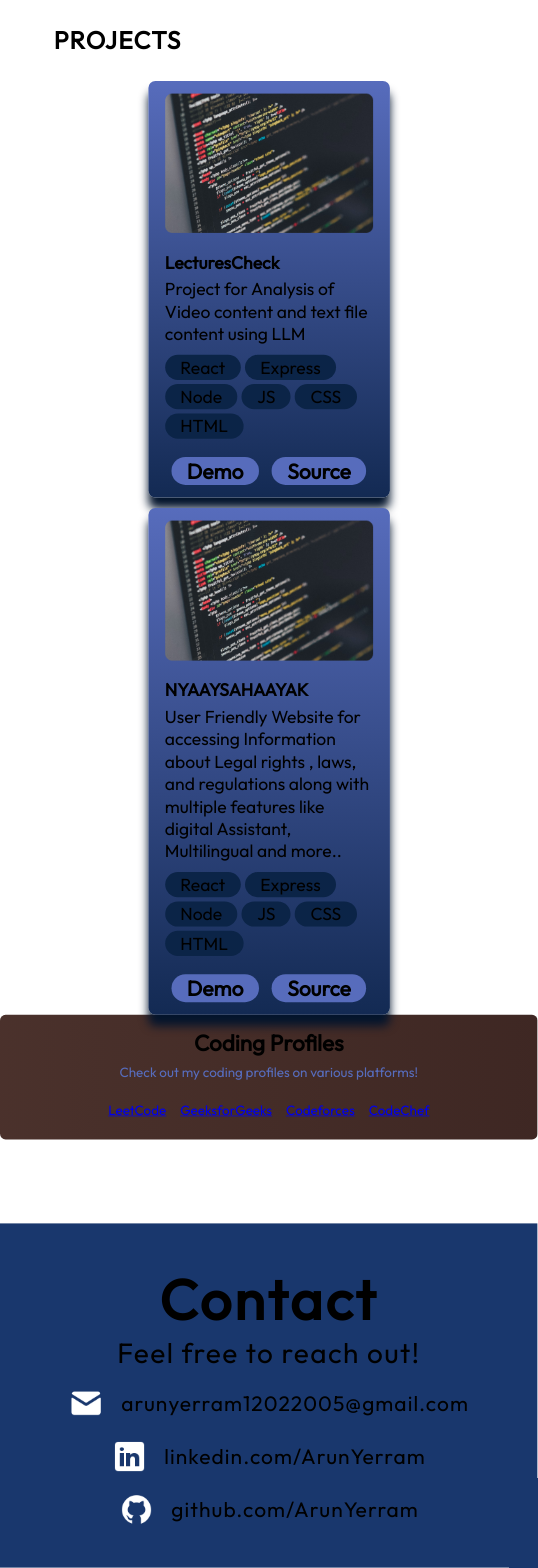
Repository: ARUN-YERRAM/Arun-Yerram-s-Portfolio-Website
Page: /
These files come from the project's save history. The page is drawn as it stood at one moment and after the next save; the edit follows.
The browser window is 768 px wide. The pictures show the part of the page from y = 2244 to 4484 px (the page is 4484 px tall before and 4448 px after), at 70% of full size.
The project was rebuilt for these pictures with package versions that can differ from the ones it lists, and the page was loaded fresh each time. Also part of the build but not shown: vite.config.js.

Above is the page before, as saved 2024-07-07 00:17:26.

### index.html
<!DOCTYPE html>
<html lang="en">
  <head>
    <meta charset="UTF-8" />
    <link rel="icon" type="image/png" href="/Passport1.jpg" />
    <meta name="viewport" content="width=device-width, initial-scale=1.0" />
    <title>Arun Yerram's Portfolio</title>
  </head>
  <body>
    <div id="root"></div>
    <script type="module" src="./docs/src/main.jsx"></script>
  </body>
</html>

### docs/src/main.jsx
// import React from "react";
// import ReactDOM from "react-dom/client";
// import App from "./App.jsx";
// import "./index.css";

// import "@fontsource/outfit";
// import "@fontsource/roboto";

// ReactDOM.createRoot(document.getElementById("root")).render(
//   <React.StrictMode>
//     <App />
//   </React.StrictMode>
// );


import React from 'react';
import ReactDOM from 'react-dom/client';
import App from './App.jsx';
import './index.css'; // Ensure this file exists in docs/src
import '@fontsource/outfit';
import '@fontsource/roboto';

const root = ReactDOM.createRoot(document.getElementById('root'));
root.render(<App />);

### docs/src/App.jsx
import styles from "./App.module.css";
import { About } from "../components/About/About";
import {CodingProfiles} from "../components/CodingProfiles/CodingProfiles";
import { Contact } from "../components/Contact/Contact";
import { Experience } from "../components/Experience/Experience";
import { Hero } from "../components/Hero/Hero";
import { Navbar } from "../components/Navbar/Navbar";
import { Projects } from "../components/Projects/Projects";

function App() {

  return (
    <div className={styles.App}>
      <Navbar />
      <Hero />
      <About />
      <Experience />
      <Projects />
      <CodingProfiles />
      <Contact />
    </div>
  );
}

export default App;


// import CodingProfile from './components/CodingProfiles/CodingProfile';

// const App = () => {
//   return (
//     <div className="App">

//     </div>
//   );
// };

// export default App;

### docs/src/App.module.css

/* styles.css */
@import '../vars.css';

.App {
  background: var(--color-fancy-bg-dark);
  width: 100%;
  height: 100%;
  overflow: hidden;
}

### docs/components/About/About.jsx
import React from "react";

import styles from "./About.module.css";
import { getImageUrl } from "../../utils";

export const About = () => {
  return (
    <section className={styles.container} id="about">
      <h2 className={styles.title}>About</h2>
      <div className={styles.content}>
        {/* <img
          src={getImageUrl("about/aboutImage.png")}
          alt="Me sitting with a laptop"
          className={styles.aboutImage}
        /> */}
        <ul className={styles.aboutItems}>
          <li className={styles.aboutItem}>
            <img src={getImageUrl("about/cursorIcon.png")} alt="Cursor icon" />
            <div className={styles.aboutItemText}>
              <h3>Frontend Developer</h3>
              <p>
                I'm a frontend developer with experience in building responsive
                and optimized sites
              </p>
            </div>
          </li>

          <li className={styles.aboutItem}>
            <img src={getImageUrl("about/serverIcon.png")} alt="Server icon" />
            <div className={styles.aboutItemText}>
              <h3>Backend Developer</h3>
              <p>
                I have experience developing fast and optimised back-end systems
                and APIs
              </p>
            </div>
          </li>

          <li className={styles.aboutItem}>
            <img src={getImageUrl("about/cursorIcon.png")} alt="UI icon" />
            <div className={styles.aboutItemText}>
              {/* <h3>UI Designer</h3> */}
              <h3>Problem Solver</h3>
              <p>
                {/* I have designed multiple landing pages and have created design */}
                {/* systems as well */}
                I am a Problem Solver and having a keen interest in Data Structures and Algorithms.
              </p>
            </div>
          </li>

        </ul>
      </div>
    </section>
  );
};

### docs/components/CodingProfiles/CodingProfiles.jsx
import React from "react";
import styles from "./CodingProfiles.module.css";
import profiles from "../../data/codingprofiles.json";

export const CodingProfiles = () => {
  return (
    <section className={`${styles.container} ${styles.animatedBackground}`}>
      <div className={styles.content}>
        <h2 className={styles.title}>Coding Profiles</h2>
        <p className={styles.description}>
          Check out my coding profiles on various platforms!
        </p>
      </div>
      <ul className={styles.links}>
        {profiles.map((profile, id) => (
          <li key={id} className={styles.link}>
            <a href={profile.url} target="_blank" rel="noopener noreferrer">
              {profile.name}
            </a>
          </li>
        ))}
      </ul>
    </section>
  );
};

### docs/components/Contact/Contact.jsx
import React from "react";

import styles from "./Contact.module.css";
import { getImageUrl } from "../../utils";

export const Contact = () => {
  return (
    <footer id="contact" className={styles.container}>
      <div className={styles.text}>
        <h2>Contact</h2>
        <p>Feel free to reach out!</p>
      </div>
      <ul className={styles.links}>
        <li className={styles.link}>
          <img src={getImageUrl("contact/emailIcon.png")} alt="Email icon" />
          <a href="">arunyerram12022005@gmail.com</a>
        </li>
        <li className={styles.link}>
          <img
            src={getImageUrl("contact/linkedinIcon.png")}
            alt="LinkedIn icon"
          />
          <a href="https://www.linkedin.com/in/arun-yerram/">linkedin.com/ArunYerram</a>
        </li>
        <li className={styles.link}>
          <img src={getImageUrl("contact/githubIcon.png")} alt="Github icon" />
          <a href="https://github.com/ARUN-YERRAM">github.com/ArunYerram</a>
        </li>
      </ul>
    </footer>
  );
};

### docs/components/Experience/Experience.jsx
import React from "react";

import styles from "./Experience.module.css";
import skills from "../../data/skills.json";
import history from "../../data/history.json";
import { getImageUrl } from "../../utils";

export const Experience = () => {
  return (
    <section className={styles.container} id="experience">
      <h2 className={styles.title}>Skills</h2>
      <div className={styles.content}>
        <div className={styles.skills}>
          {skills.map((skill, id) => {
            return (
              <div key={id} className={styles.skill}>
                <div className={styles.skillImageContainer}>
                  <img src={getImageUrl(skill.imageSrc)} alt={skill.title} />
                </div>
                <p>{skill.title}</p>
              </div>
            );
          })}
        </div>

      </div>
    </section>
  );
};

### docs/components/Hero/Hero.jsx
import React from "react";

import styles from "./Hero.module.css";
import { getImageUrl } from "../../utils";


export const Hero = () => {
  return (
    <section className={styles.container}>
      <div className={styles.content}>
        <h1 className={styles.title}>Hi, I'm Arun Yerram</h1>
        <p className={styles.description}>
          {/* I'm a full-stack developer with 5 years of experience using React and */}
          {/* NodeJS. Reach out if you'd like to learn more! */}
          I am Pursing my Bachelor's 2nd year and having keen interest in Problem Solving ,Web Development, and Data Science.

        </p>
        {/* <a href="mailto:arunyerram12022005@email.com" className={styles.contactBtn}>
          Contact Me
        </a> */}
      </div>
      <img
        src={getImageUrl("hero/Passport1.jpg")}
        alt="Hero image of me"
        className={styles.heroImg}
        width="50px"
        height="400px"
      />
      <div className={styles.topBlur} />
      <div className={styles.bottomBlur} />
    </section>
  );
};

### docs/components/Navbar/Navbar.jsx
import React, { useState } from "react";

import styles from "./Navbar.module.css";
import { getImageUrl } from "../../utils";

export const Navbar = () => {
  const [menuOpen, setMenuOpen] = useState(false);

  return (
    <nav className={styles.navbar}>
      <a className={styles.title} href="/">
        Portfolio
      </a>
      <div className={styles.menu}>
        <img
          className={styles.menuBtn}
          src={
            menuOpen
              ? getImageUrl("nav/closeIcon.png")
              : getImageUrl("nav/menuIcon.png")
          }
          alt="menu-button"
          onClick={() => setMenuOpen(!menuOpen)}
        />
        <ul
          className={`${styles.menuItems} ${menuOpen && styles.menuOpen}`}
          onClick={() => setMenuOpen(false)}
        >
          <li>
            <a href="#about">About</a>
          </li>
          <li>
            <a href="#experience">Experience</a>
          </li>
          <li>
            <a href="#projects">Projects</a>
          </li>
          <li>
            <a href="#about">Contact</a>
          </li>
        </ul>
      </div>
    </nav>
  );
};

### docs/vars.css
/* vars.css */
:root {
  /* Light Theme */
  --color-text: #000;
  --color-primary: #576cbc;
  --color-secondary: #19376d;
  --color-dark: #0b2447;
  --color-bg: #fff; /* Light background */

  /* Fonts */
  --font-roboto: "Roboto";
}

[data-theme='dark'] {
  /* Dark Theme */
  --color-text: #fff;
  --color-primary: #576cbc;
  --color-secondary: #19376d;
  --color-dark: #0b2447;
  --color-bg: #3e2723; /* Dark brown background */
}

### docs/components/About/About.module.css
/* @import ".../vars.css"; */
@import '../../vars.css';

.container {
  position: relative;
  background-color: rgba(12, 12, 12, 0.6);
  border-radius: 15px;
  padding: 73px;
  margin-top: 129px;
  z-index: 1;
  margin-left: 10%;
  margin-right: 10%;
  transition: background-color 0.4s ease-in-out; /* Smooth transition for background color */
}

.title {
  color: var(--color-text);
  font-size: 35px;
  font-weight: 700;
  letter-spacing: 1.75px;
  text-transform: uppercase;
}

.content {
  display: flex;
  flex-direction: row;
  align-items: center;
}

.aboutImage {
  width: 35%;
}

.aboutItems {
  color: var(--color-text);
  display: flex;
  flex-direction: column;
  gap: 50px;
}

.aboutItem {
  display: flex;
  flex-direction: row;
  align-items: center;
  border-radius: 20px;
  list-style: none;
  padding: 25px;
  background-image: linear-gradient(
    90deg,
    rgba(165, 215, 232, 0.42) 0%,
    rgba(255, 255, 255, 0) 100%
  );
  background-size: 0 100%;
  background-repeat: no-repeat;
  transition: background-size 0.4s ease-in-out; /* Smooth transition for background size */
}

.aboutItem:hover {
  background-size: 100% 100%;
}

.aboutItem h3 {
  font-size: 25px;
  font-weight: 600;
  transition: color 0.4s ease-in-out; /* Smooth transition for text color */
}

.aboutItem p {
  font-size: 25px;
}

@media screen and (max-width: 830px) {
  .container {
    background-color: transparent;
    padding-left: 0;
    padding-right: 0;
  }

  .content {
    flex-direction: column;
  }

  .aboutImage {
    display: none;
  }

  .aboutItems {
    margin-top: 29px;
  }

  .aboutItem {
    padding-left: 0;
    padding-right: 0;
  }
}

### docs/utils.js
// export const getImageUrl = (path) => {
//   return new URL(`/assets/${path}`, import.meta.url).href;
// };

export const getImageUrl = (path) => {
  return new URL(`../assets/${path}`, import.meta.url).href;
};

### docs/components/CodingProfiles/CodingProfiles.module.css
/* CodingProfiles.module.css */

.container {
  padding: 20px;
  border-radius: 8px;
  background-color: var(--color-dark); /* Dark background */
}

.content {
  text-align: center;
  margin-bottom: 20px;
  color: var(--color-text); /* Light text */
}

.title {
  font-size: 2em;
  margin-bottom: 10px;
  color: var(--color-text); /* Light text */
}

.description {
  font-size: 1.2em;
  color: var(--color-primary); /* Primary color text */
}

.links {
  list-style: none;
  padding: 0;
  display: flex;
  flex-wrap: wrap;
  justify-content: center;
}

.link {
  margin: 10px;
  font-size: 1.2em;
  color: var(--color-primary); /* Primary color text */
}

.animatedBackground {
  background: linear-gradient(270deg, #3e2723, #4e342e, #3e2723, #4e342e); /* Dark animated background */
  background-size: 400% 400%;
  animation: gradientAnimation 15s ease infinite;
}

@keyframes gradientAnimation {
  0% {
    background-position: 0% 50%;
  }
  50% {
    background-position: 100% 50%;
  }
  100% {
    background-position: 0% 50%;
  }
}

### docs/data/codingprofiles.json
[
    {
      "name": "LeetCode",
      "url": "https://leetcode.com/u/arun_2005/"
    },
    {
      "name": "GeeksforGeeks",
      "url": "https://www.geeksforgeeks.org/user/arunyerram/?utm_source=geeksforgeeks&utm_medium=my_profile&utm_campaign=auth_user"

    },
    {
      "name": "Codeforces",
      "url": "https://codeforces.com/profile/Arunyerram_12"

    },
    {
      "name": "CodeChef",
      "url": "https://www.codechef.com/users/yarun2k05"
    }
  ]

### docs/components/Contact/Contact.module.css
/* @import ".../vars.css"; */
@import '../../vars.css';

.container {
  color: var(--color-text);
  margin-top: 120px;
  background-color: var(--color-secondary);
  display: flex;
  flex-direction: row;
  justify-content: space-evenly;
  width: 100vw;
  padding: 58px 10%;
  gap: 10px;
}

.text h2 {
  font-size: 80px;
  font-weight: 700;
  letter-spacing: 4px;
}

.text p {
  font-size: 40px;
  font-weight: 400;
  letter-spacing: 2px;
}

.links {
  display: flex;
  flex-direction: column;
  align-items: flex-start;
  list-style: none;
  gap: 26px;
}

.link {
  display: flex;
  align-items: center;
  gap: 25px;
}

.link a {
  color: var(--color-text);
  text-decoration: none;
  font-size: 30px;
  font-weight: 400;
  letter-spacing: 1.5px;
}

@media screen and (max-width: 830px) {
  .container {
    flex-direction: column;
    gap: 23px;
  }

  .text {
    display: flex;
    flex-direction: column;
    align-items: center;
  }

  .links {
    align-items: center;
  }
}

### docs/components/Experience/Experience.module.css
/* @import ".../vars.css"; */
@import '../../vars.css';

.container {
  color: var(--color-text);
  margin-top: 79px;
  margin-left: 10%;
  margin-right: 10%;
}

.title {
  color: var(--color-text);
  font-size: 35px;
  font-weight: 700;
  letter-spacing: 1.75px;
  text-transform: uppercase;
}

.content {
  display: flex;
  flex-direction: row;
  justify-content: space-evenly;
  margin-top: 14px;
}

.skills {
  width: 45%;
  display: flex;
  flex-wrap: wrap;
  gap: 37px;
}

.skill {
  display: flex;
  flex-direction: column;
  align-items: center;
  gap: 11px;
}

.skillImageContainer {
  background-color: var(--color-secondary);
  border-radius: 100%;
  display: flex;
  align-items: center;
  justify-content: center;
  width: 120px;
  height: 120px;
}

.skillImageContainer img {
  width: 75px;
}

.skill p {
  font-size: 25px;
  font-family: var(--font-roboto);
  font-weight: 500;
}

.history {
  width: 45%;
  display: flex;
  flex-direction: column;
  gap: 40px;
}

.historyItem {
  display: flex;
  flex-direction: row;
  align-items: center;
  gap: 17px;
  background: #19376d;
  background: linear-gradient(90deg, #19376d 0%, rgba(25, 55, 109, 0) 100%);
  border-radius: 10px;
  padding: 24px;
}

.historyItem img {
  width: 50px;
}

.historyItemDetails {
  font-family: var(--font-roboto);
}

.historyItemDetails h3 {
  font-size: 30px;
  font-weight: 500;
}

.historyItemDetails p {
  font-size: 20px;
  font-weight: 300;
}

.historyItemDetails ul {
  margin-top: 6px;
  list-style-position: inside;
  font-size: 25px;
  list-style-type: disc;
  margin-left: 17px;
}

@media screen and (max-width: 830px) {
  .content {
    flex-direction: column;
    align-items: center;
    gap: 34px;
  }

  .skills {
    width: 100%;
    flex-direction: row;
    justify-content: center;
  }

  .history {
    width: 100%;
    gap: 9px;
  }
}

### docs/data/skills.json
[
  {
    "title": "HTML",
    "imageSrc": "skills/html.png"
  },
  {
    "title": "CSS",
    "imageSrc": "skills/css.png"
  },
  {
    "title": "React",
    "imageSrc": "skills/react.png"
  },
  {
    "title": "Node",
    "imageSrc": "skills/node.png"
  },
  {
    "title": "C++",
    "imageSrc": "skills/graphql.png"
  },
  {
    "title": "MongoDB",
    "imageSrc": "skills/mongodb.png"
  },
  {
    "title": "Figma",
    "imageSrc": "skills/figma.png"
  },
  {
    "title": "Python",
    "imageSrc": "skills/python.png"
  }
]

### docs/data/history.json
[
  {
    "role": "Software Engineer",
    "organisation": "",
    "startDate": "",
    "endDate": "",
    "experiences": [],
    "imageSrc": "history/google.png"
  },
  {
    "role": "UI Designer",
    "organisation": "",
    "startDate": "",
    "endDate": "",
    "experiences": ["", ""],
    "imageSrc": "history/microsoft.png"
  },
  {
    "role": "SWE Intern",
    "organisation": "",
    "startDate": "",
    "endDate": "",
    "experiences": [
      "",
      ""
    ],
    "imageSrc": "history/netflix.png"
  }
]

### docs/components/Hero/Hero.module.css
/* @import ".../vars.css"; */

@import '../../vars.css';


.container {
  position: relative;
  display: flex;
  align-items: center;
  justify-content: space-between;
  margin-top: 49px;
  z-index: 1;
  margin-left: 10%;
  margin-right: 10%;
}

.content {
  display: flex;
  flex-direction: column;
  align-items: flex-start;
  color: var(--color-text);
  z-index: 1;
}

.title {
  font-size: 72px;
  font-weight: 900;
  margin-bottom: 33px;
  font-family: var(--font-roboto);
  background: linear-gradient(
    90deg,
    rgba(255, 255, 255, 1) 70%,
    rgba(255, 255, 255, 0) 120%
  );
  -webkit-text-fill-color: transparent;
  -webkit-background-clip: text;
}

.description {
  font-size: 30px;
  font-family: var(--font-roboto);
  margin-bottom: 52px;
}

.contactBtn {
  text-decoration: none;
  background-color: var(--color-primary);
  color: var(--color-text);
  border-radius: 100px;
  font-size: 30px;
  font-weight: 600;
  padding: 17px 26px;
  box-shadow: 0 0 4px 0 rgba(0, 0, 0, 0.25);
}

.heroImg {
  width: 50%;
  z-index: 1;

  animation-name: floating;
  animation-duration: 3s;
  animation-iteration-count: infinite;
  animation-timing-function: ease-in-out;
}

@keyframes floating {
  0% {
    transform: translate(0, 0px);
  }
  50% {
    transform: translate(0, 10px);
  }
  100% {
    transform: translate(0, -0px);
  }
}

.topBlur {
  position: absolute;
  width: 50vw;
  height: 50vw;
  min-width: 350px;
  min-width: 350px;
  top: -128px;
  left: -10vw;
  border-radius: 764px;
  background: rgba(25, 55, 109, 0.7);
  filter: blur(100px);
  z-index: 0;
}

.bottomBlur {
  position: absolute;
  width: 70vw;
  height: 50vw;
  min-width: 350px;
  min-width: 250px;
  top: 246px;
  right: -25vw;
  border-radius: 764px;
  background: rgba(25, 55, 109, 0.7);
  filter: blur(100px);
  z-index: 0;
}

@media screen and (max-width: 830px) {
  .container {
    flex-direction: column-reverse;
  }

  .content {
    align-items: center;
  }
}

### docs/components/Navbar/Navbar.module.css
/* @import ".../vars.css"; */
@import '../../vars.css';

.navbar {
  position: relative;
  display: flex;
  align-items: center;
  justify-content: space-between;
  padding-top: 61px;
  z-index: 2;
  margin: 0 10%;
}

.title {
  font-size: 30px;
  font-weight: 600;
  text-decoration: none;
  color: var(--color-text);
}


.menuBtn {
  display: none;
}

.menu {
  display: flex;
}

.menuItems {
  display: flex;
  gap: 47px;
  list-style: none;
}

.menuItems a {
  font-size: 25px;
  color: var(--color-text);
  text-decoration: none;
}

@media screen and (max-width: 830px) {
  .navbar {
    flex-direction: column;
    align-items: flex-start;
  }

  .menu {
    position: absolute;
    right: 0;
    margin-right: 10%;
    flex-direction: column;
    align-items: flex-end;
    gap: 11px;
    z-index: 3;
  }

  .menuBtn {
    display: block;
    cursor: pointer;
  }


  .menuItems {
    display: none;
    flex-direction: column;
    align-items: center;
    gap: 13px;
    border-radius: 10px;
    background: rgb(25, 55, 109);
    background: linear-gradient(
      0deg,
      rgba(25, 55, 109, 0.2) 0%,
      rgba(25, 55, 109, 1) 100%
    );
    padding: 24px 33px;
    box-shadow: 0 0 4px 0 rgba(0, 0, 0, 0.25);
  }

  .menuOpen {
    display: flex;
    z-index: 1;
  }
}

### docs/components/Projects/Projects.module.css
/* @import "../../vars.css"; */
@import '../../vars.css';

.container {
  margin-top: 76px;
  color: var(--color-text);
  margin-left: 10%;
  margin-right: 10%;
}

.title {
  font-size: 35px;
  font-weight: 700;
  letter-spacing: 1.75px;
  text-transform: uppercase;
}

.projects {
  margin-top: 37px;
  display: flex;
  flex-direction: row;
  flex-wrap: wrap;
  align-items: center;
  justify-content: center;
  gap: 15px;
  width: 100%;
}

### docs/data/projects.json
[
  {
    "title": "LecturesCheck",
    "imageSrc": "projects/project.png",
    "description": "Project for Analysis of Video content and text file content using LLM ",
    "skills": ["React", "Express", "Node","JS","CSS","HTML"],
    "demo": "",
    "source": "https://github.com/ARUN-YERRAM/LecturesCheck"
  },
  {
    "title": "NYAAYSAHAAYAK",
    "imageSrc": "projects/project.png",
    "description": "User Friendly Website for accessing Information about Legal rights , laws, and regulations along with multiple features like digital Assistant, Multilingual and more.. ",
    "skills": ["React", "Express", "Node","JS","CSS","HTML"],
    "demo": "",
    "source": "https://github.com/ARUN-YERRAM/NYAAYSAHAAYAK"
  }
]

### docs/components/Projects/ProjectCard.jsx
import React from "react";

import styles from "./ProjectCard.module.css";
import { getImageUrl } from "../../utils";

export const ProjectCard = ({
  project: { title, imageSrc, description, skills, demo, source },
}) => {
  return (
    <div className={styles.container}>
      <img
        src={getImageUrl(imageSrc)}
        alt={`Image of ${title}`}
        className={styles.image}
      />
      <h3 className={styles.title}>{title}</h3>
      <p className={styles.description}>{description}</p>
      <ul className={styles.skills}>
        {skills.map((skill, id) => {
          return (
            <li key={id} className={styles.skill}>
              {skill}
            </li>
          );
        })}
      </ul>
      <div className={styles.links}>
        <a href={demo} className={styles.link}>
          Demo
        </a>
        <a href={source} className={styles.link}>
          Source
        </a>
      </div>
    </div>
  );
};

### docs/components/Projects/ProjectCard.module.css
/* @import "../../vars.css"; */
@import '../../vars.css';

.container {
  display: flex;
  flex-direction: column;
  border-radius: 10px;
  background: linear-gradient(180deg, #576cbc 0%, #132a53 100%);
  box-shadow: 0 16px 14px 0 #04152d;
  padding: 18px 24px;
  max-width: 345px;
}

.image {
  margin-bottom: 26px;
}

.title {
  font-size: 25px;
  font-weight: 700;
}

.description {
  margin-top: 6px;
  font-size: 25px;
  font-weight: 400;
}

.skills {
  width: 100%;
  margin-top: 14px;
  display: flex;
  flex-direction: row;
  flex-wrap: wrap;
  gap: 6px;
  list-style: none;
}

.skill {
  font-size: 25px;
  font-weight: 400;
  border-radius: 100px;
  background: var(--color-dark);
  padding: 2px 22px;
}

.links {
  width: 100%;
  margin-top: 26px;
  display: flex;
  justify-content: space-around;
}

.link {
  text-decoration: none;
  color: var(--color-text);
  font-size: 30px;
  font-weight: 600;
  border-radius: 100px;
  background: var(--color-primary);
  padding: 1px 22px;
}

Loaded but not shown: docs/src/index.css (common file); docs/components/Projects/Projects.jsx (common file)

After the next save:
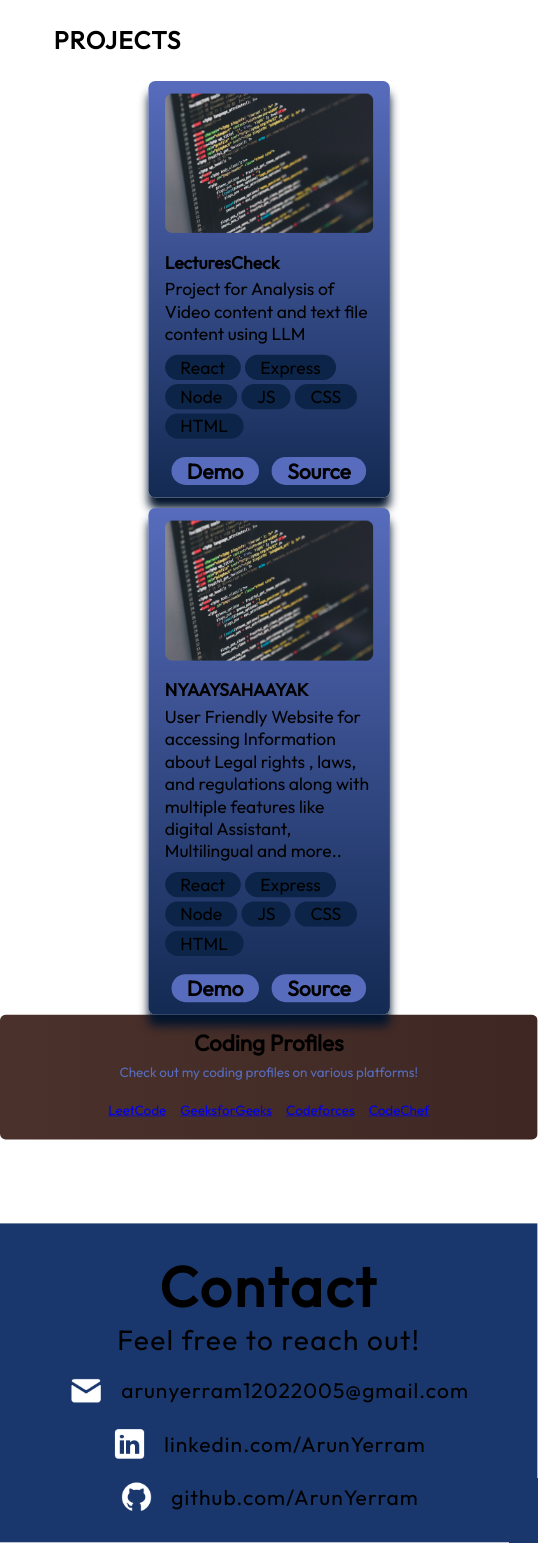
Saved 102 s later.
--- a/docs/components/Contact/Contact.module.css
+++ b/docs/components/Contact/Contact.module.css
@@ -11,18 +11,21 @@
   width: 100vw;
   padding: 58px 10%;
   gap: 10px;
+  transition: background-color 0.3s ease-in-out; /* Smooth background color transition */
 }
 
 .text h2 {
   font-size: 80px;
   font-weight: 700;
   letter-spacing: 4px;
+  transition: color 0.3s ease-in-out; /* Smooth text color transition */
 }
 
 .text p {
   font-size: 40px;
   font-weight: 400;
   letter-spacing: 2px;
+  transition: color 0.3s ease-in-out; /* Smooth text color transition */
 }
 
 .links {
@@ -45,12 +48,18 @@
   font-size: 30px;
   font-weight: 400;
   letter-spacing: 1.5px;
+  transition: color 0.3s ease-in-out; /* Smooth text color transition */
+}
+
+.link a:hover {
+  color: var(--color-primary); /* Change text color on hover */
 }
 
 @media screen and (max-width: 830px) {
   .container {
     flex-direction: column;
     gap: 23px;
+    padding: 40px 10%; /* Adjust padding for smaller screens */
   }
 
   .text {
